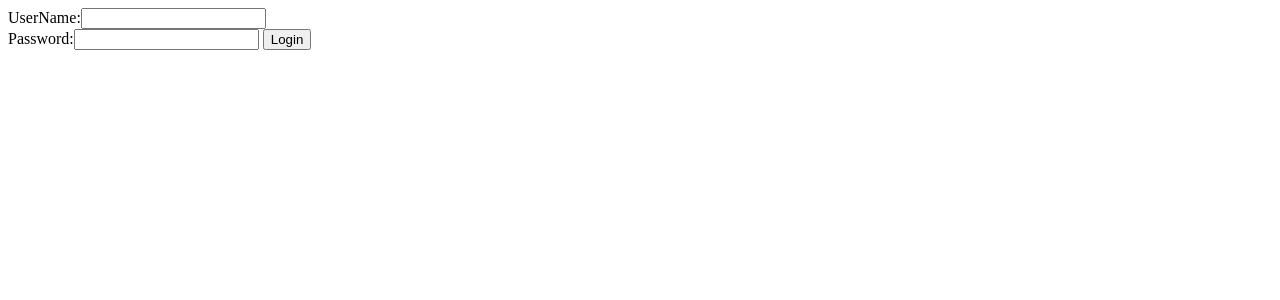
Repository: 164424-RoshanKanwal/All_Assignments
Page: UserValidation2/WebContent/html/login.html
The author's editor kept a copy of each file at every save. The page is drawn from the files as they stood at one save, then again after the next save.
The browser window is 1280 px wide. The pictures show the whole page.

Above is the page before, as saved 2018-12-05 02:42:13.

### UserValidation2/WebContent/html/login.html
<!DOCTYPE html>
<html>
<head>
<meta charset="ISO-8859-1">
<title>Insert title here</title>
</head>
<body>
<form action="/validate2" method ="post">
UserName:<input type= "text" name = "userName"><br>
Password:<input type = "password" name= "password">
<input type = "submit" value= "Login">
</form>
</body>
</html>

After the next save:
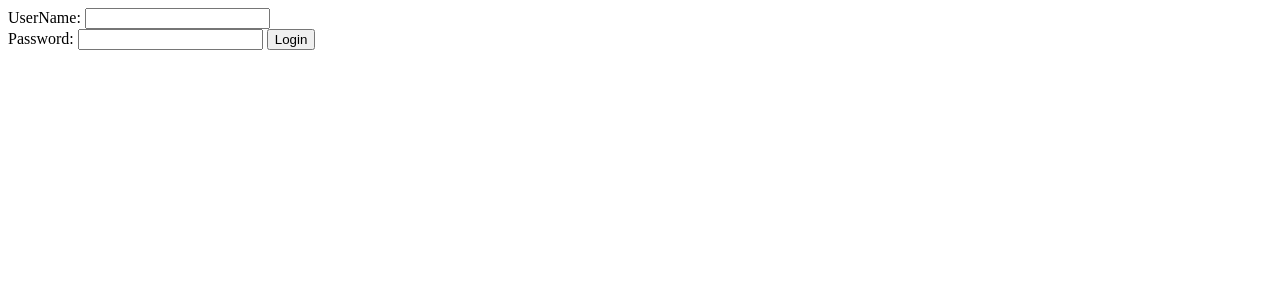
Saved 4 s later.
--- a/UserValidation2/WebContent/html/login.html
+++ b/UserValidation2/WebContent/html/login.html
@@ -6,8 +6,8 @@
 </head>
 <body>
 <form action="/validate2" method ="post">
-UserName:<input type= "text" name = "userName"><br>
-Password:<input type = "password" name= "password">
+UserName:  <input type= "text" name = "userName"><br>
+Password:  <input type = "password" name= "password">
 <input type = "submit" value= "Login">
 </form>
 </body>
